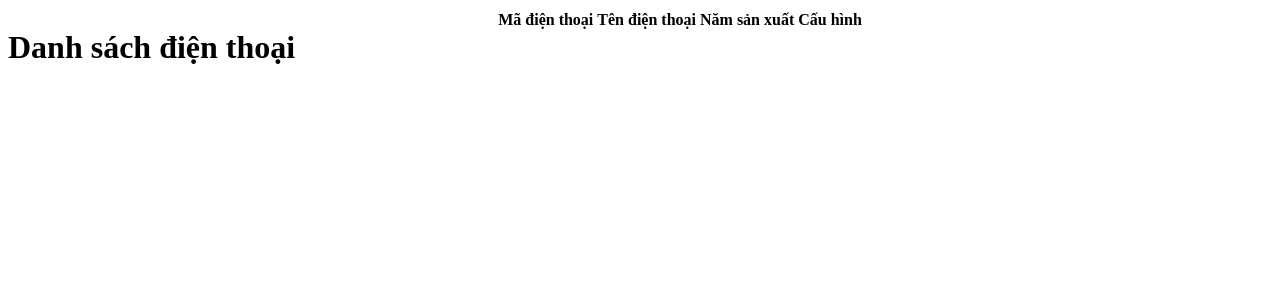
Repository: buikhacthang91042/Nam4_Ki1
Page: http://localhost/Tuan05/DanhSachDienThoaiNCC.jsp
These files come from the project's save history. The page is drawn as it stood at one moment and after the next save; the edit follows.
The browser window is 1280 px wide. The pictures show the whole page.
The page is served by Tomcat 10. Nobody is signed in. The application's start-up code is not run. The template is opened directly, without the code that normally fills it, so the values that code supplies are empty.

Above is the page before, as saved 2024-10-10 11:57:09.

After the next save:
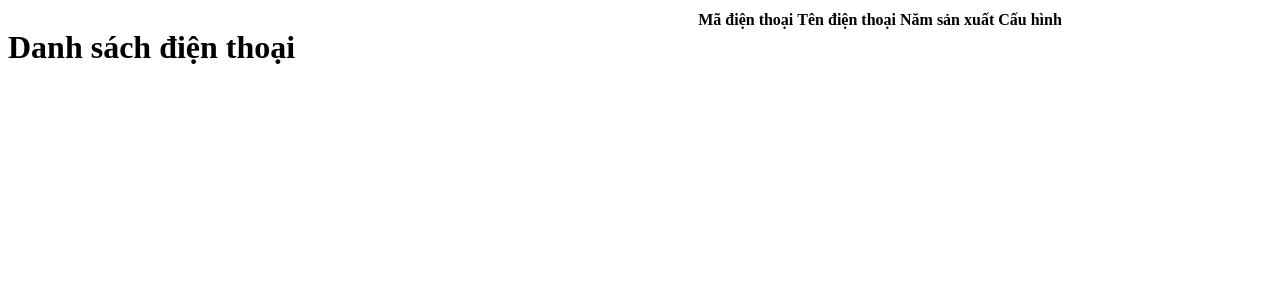
Saved 6 s later.
--- a/WWW/BuiKhacThang_21127151_Tuan05/Tuan05/src/main/webapp/DanhSachDienThoaiNCC.jsp
+++ b/WWW/BuiKhacThang_21127151_Tuan05/Tuan05/src/main/webapp/DanhSachDienThoaiNCC.jsp
@@ -16,7 +16,7 @@
 	}
 	.content{
 		display:flex;
-		margin-left: 200px;
+		margin-left: 400px;
 	}
 </style>
 
